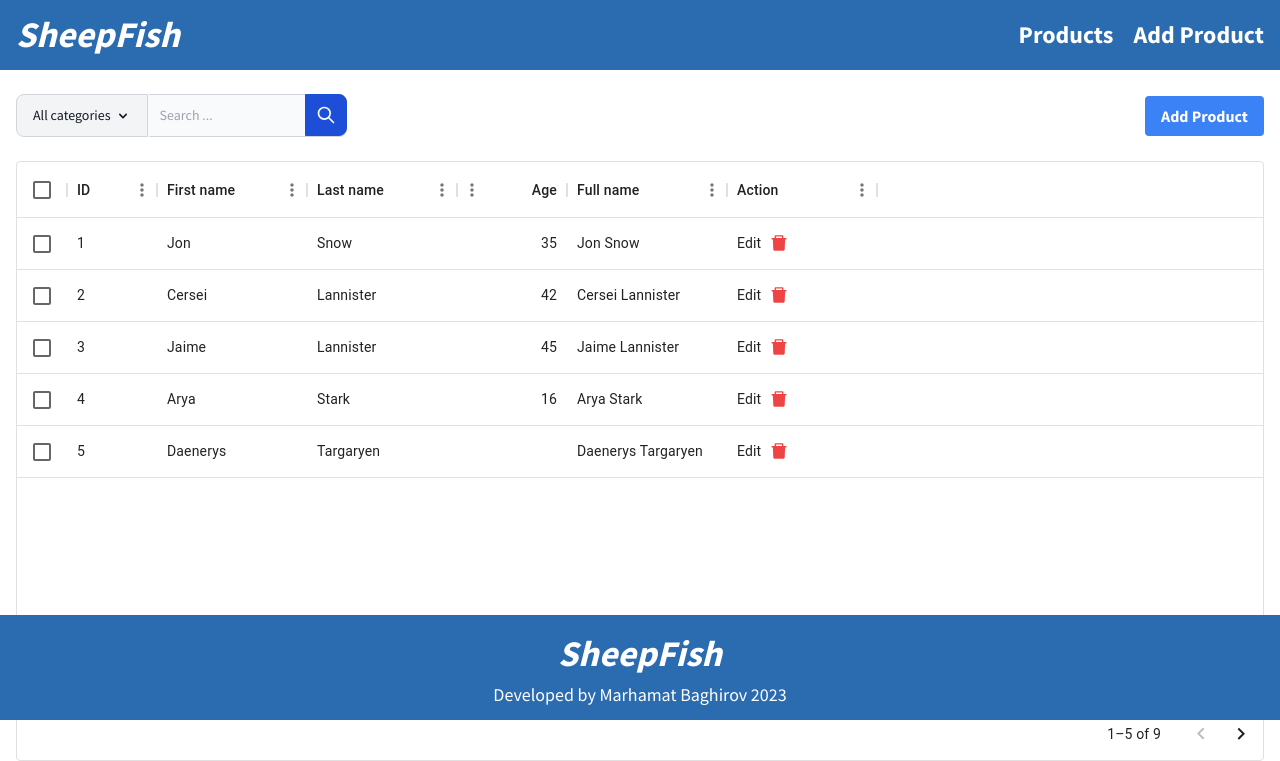
Repository: Marhamat92/sheep-fish-task
Page: /
The author's editor kept a copy of each file at every save. The page is drawn from the files as they stood at one save, then again after the next save.
The browser window is 1280 px wide. The pictures show the whole page.
The project was rebuilt for these pictures with package versions that can differ from the ones it lists, and the page was loaded fresh each time. Also part of the build but not shown: src/App.css.

Above is the page before, as saved 2023-03-28 19:07:30.

After the next save:
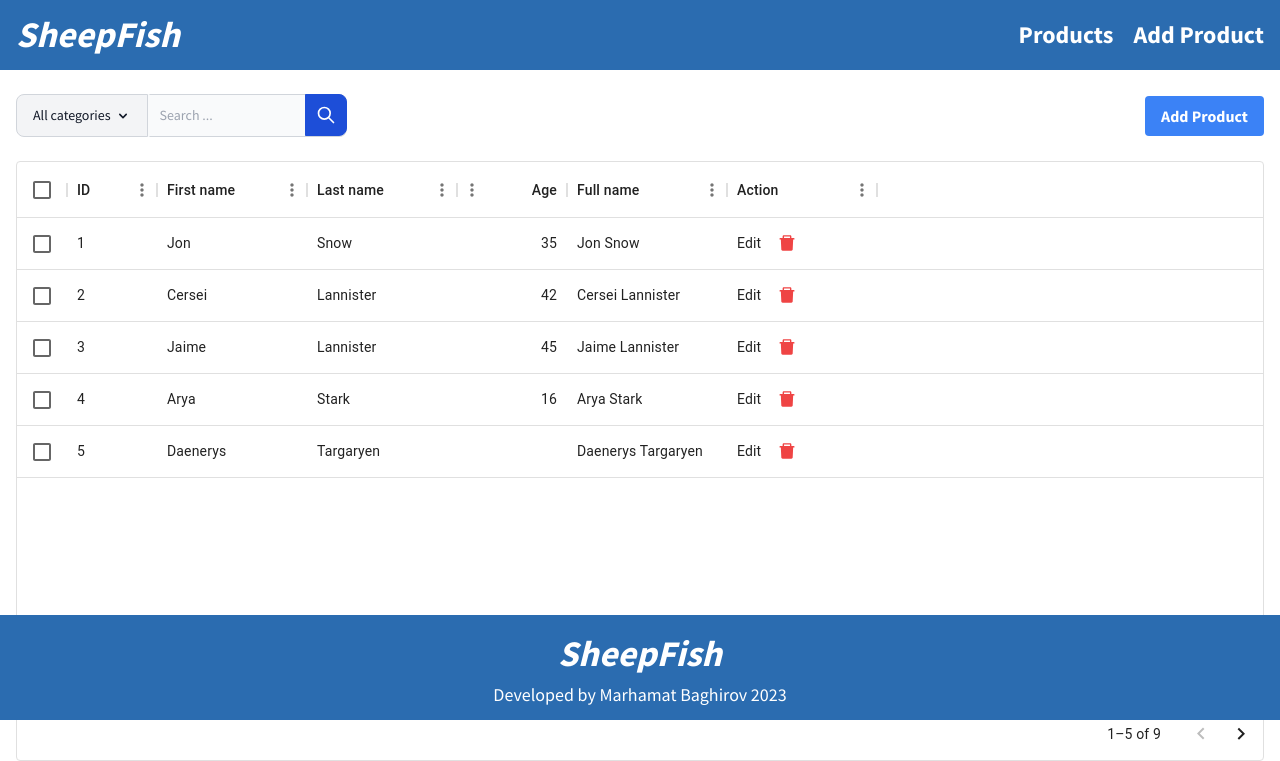
Saved 2 min 12 s later.
--- a/src/components/ListTable.tsx
+++ b/src/components/ListTable.tsx
@@ -53,7 +53,7 @@
               onClick={() => {
                 removeProduct(params.row.id);
               }}
-              className='text-xl text-red-500 cursor-pointer ml-2'
+              className='text-xl text-red-500 cursor-pointer ml-4'
             />
           </div>
         );
